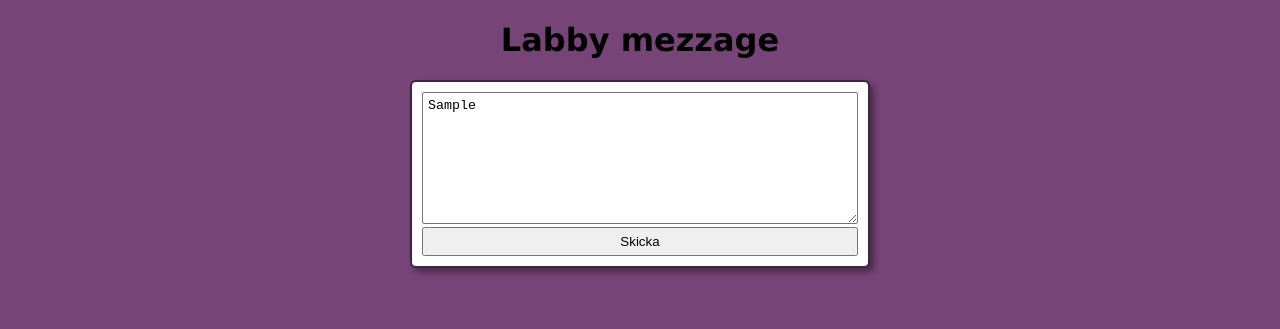
Repository: jk222rp/1dv403-laborationer
Page: 2-labbymezzage/index.html
The author's editor kept a record of every edit. The page is drawn from the files as they stood at one moment, then again after the next edit.
The browser window is 1280 px wide. The pictures show the whole page.
Empty fields were first filled with sample values (such as "Sample", 5 or name@example.com).
After loading, the first visible `#sendButton` was clicked once.

Above is the page before.

After the next edit:
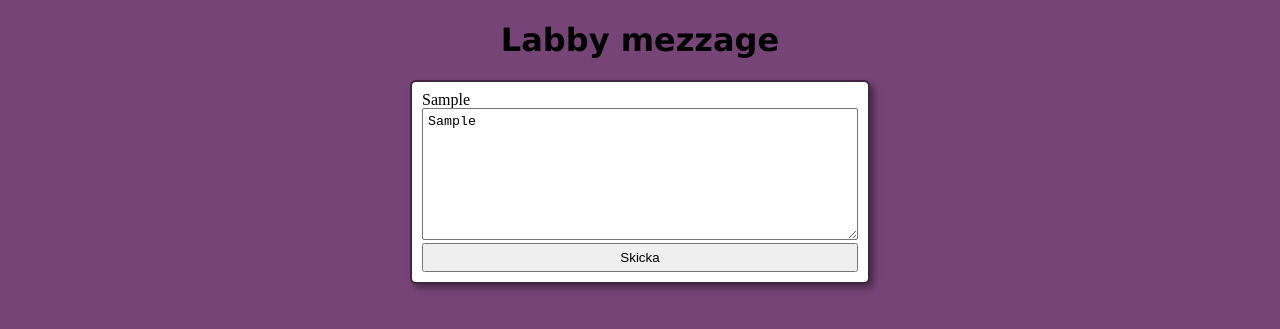
The edit:
--- a/2-labbymezzage/js/MessageBoard.js
+++ b/2-labbymezzage/js/MessageBoard.js
@@ -27,6 +27,7 @@
 
         button.onclick = function(){
             MessageBoard.messages.push(new Message(message.value, new Date()));
+            MessageBoard.renderMessages();
         };
     }
 };
